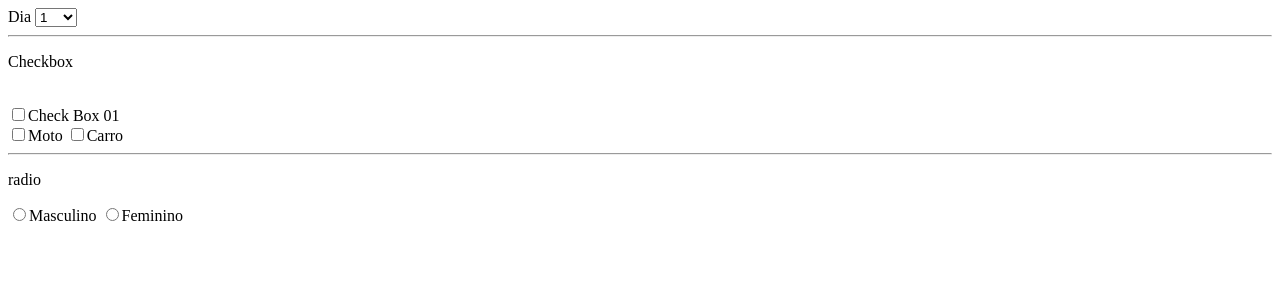
Repository: renatanohara/estudos
Page: CasaDoCodigo/seleniunWebDrive/aprendendo_selenium/src/main/java/comboDia.html
These files come from the project's save history. The page is drawn as it stood at one moment and after the next save; the edit follows.
The browser window is 1280 px wide. The pictures show the whole page.

Above is the page before, as saved 2025-08-13 00:51:29.

After the next save:
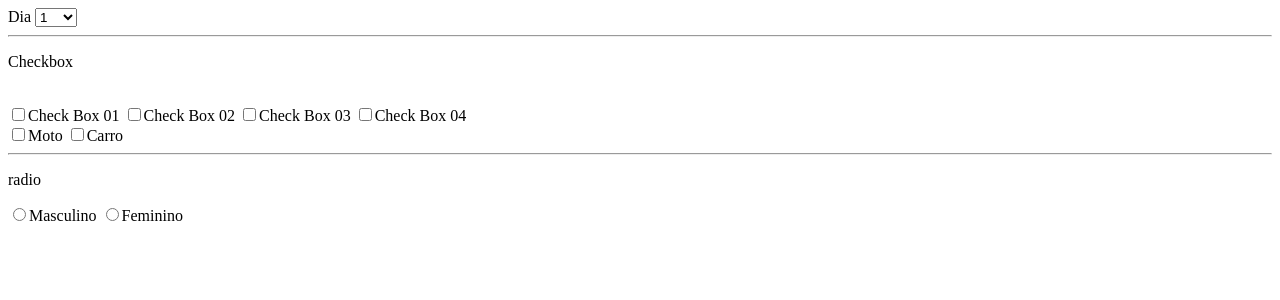
Saved 83 s later.
--- a/CasaDoCodigo/seleniunWebDrive/aprendendo_selenium/src/main/java/comboDia.html
+++ b/CasaDoCodigo/seleniunWebDrive/aprendendo_selenium/src/main/java/comboDia.html
@@ -20,7 +20,11 @@
 		<p>Checkbox</p>
 
 		<br>
-		<input type="checkbox" name="check01" value="check01">Check Box 01
+		<input type="checkbox" class="myCheck" name="check01" value="check01">Check Box 01
+		<input type="checkbox" class="myCheck" name="check02" value="check01">Check Box 02
+		<input type="checkbox" class="myCheck" name="check03" value="check01">Check Box 03
+		<input type="checkbox" class="myCheck" name="check04" value="check01">Check Box 04
+
 		<br>
 
 		<input type="checkbox" name="veiculo" value="moto">Moto
